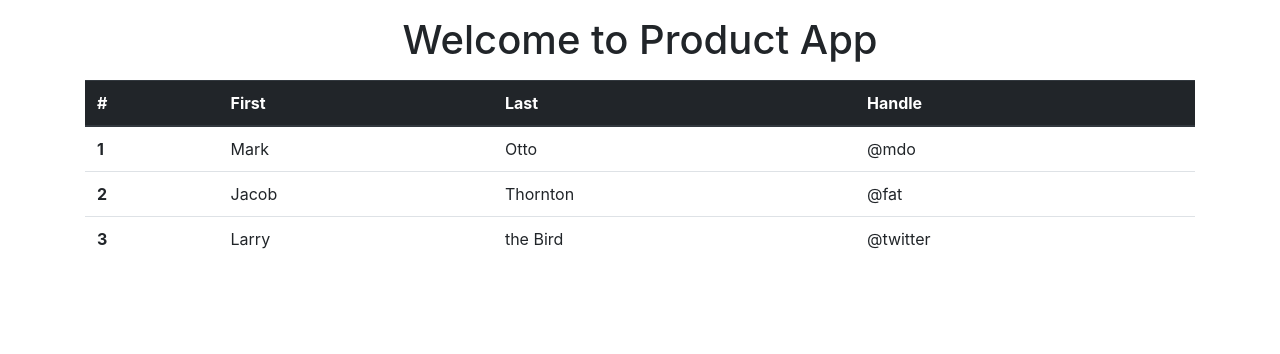
Repository: sagargudi/ProductApp
Page: http://localhost/CURDOperationUsingSpring/WEB-INF/views/index.jsp
These files come from the project's save history. The page is drawn as it stood at one moment and after the next save; the edit follows.
The browser window is 1280 px wide. The pictures show the whole page.
Some web libraries are served in a nearby version. The page is served by Tomcat 9. Nobody is signed in. The template is opened directly, without the code that normally fills it, so the values that code supplies are empty.

Above is the page before, as saved 2021-03-06 11:26:57.

After the next save:
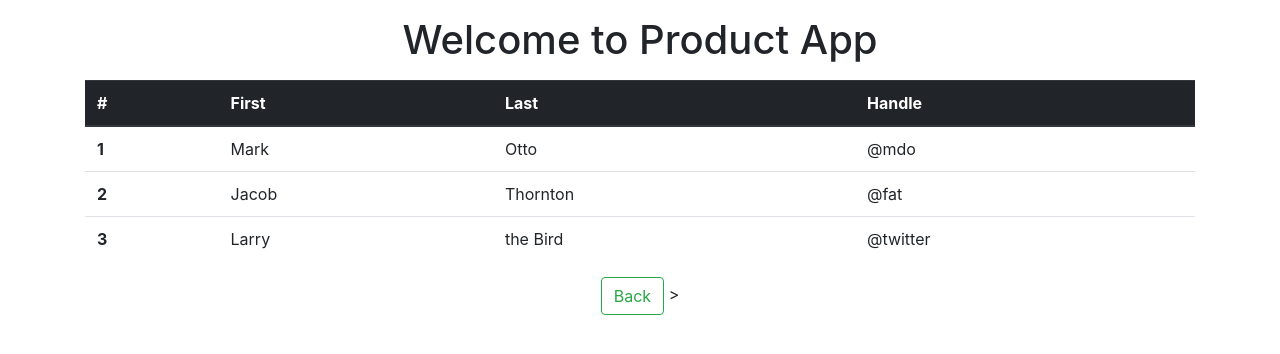
Saved 80 s later.
--- a/CURDOperationUsingSpring/src/main/webapp/WEB-INF/views/index.jsp
+++ b/CURDOperationUsingSpring/src/main/webapp/WEB-INF/views/index.jsp
@@ -43,6 +43,14 @@
 </table>
 
 
+					<div class="container text-center">
+						<a href="add" class="btn btn-outline-success">Back</a>
+
+						>
+
+					</div>
+
+
 			</div>
 
 
